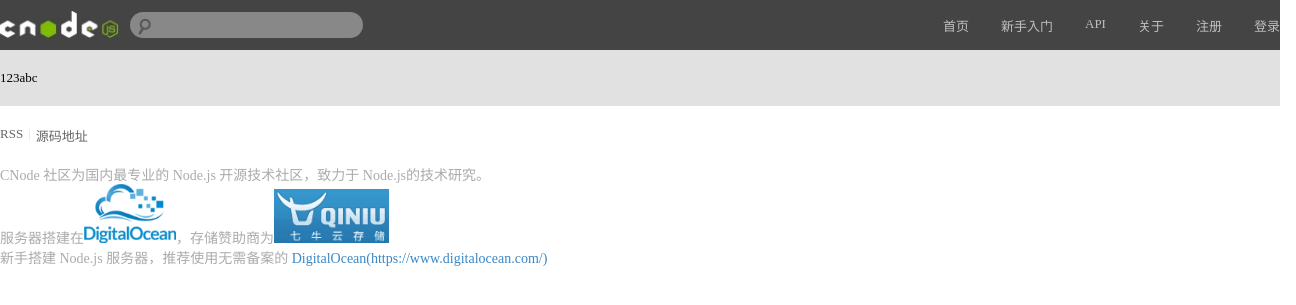
Repository: he-mengyao/pc-cnode-js
Page: /
These files come from the project's save history. The page is drawn as it stood at one moment and after a run of saves; the edit follows.
The browser window is 1280 px wide. The page is 1296 px wide, so the pictures cover 1296 px, including what lies to the right of the window. The pictures show the whole page.
The project was rebuilt for these pictures with package versions that can differ from the ones it lists, and the page was loaded fresh each time.

Above is the page before, as saved 2021-06-20 10:42:38.

After the next 2 saves:
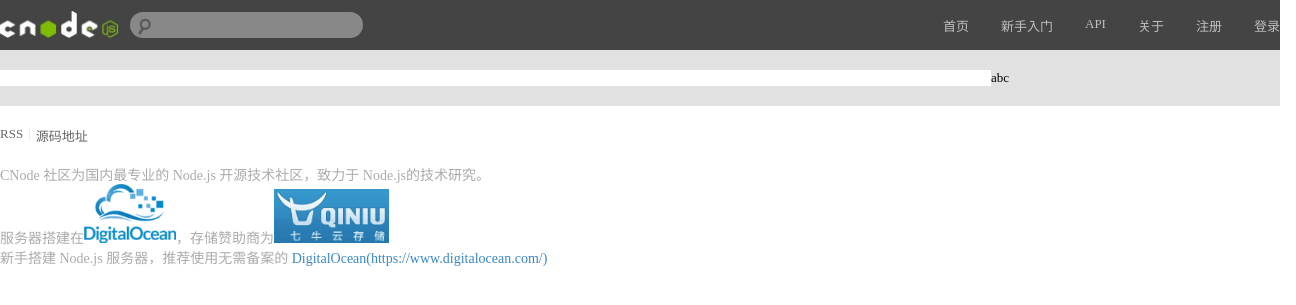
The 2 saves are shown as one change because they came seconds apart.
The last was saved 45 s later.
--- a/src/components/Fl/fl.vue
+++ b/src/components/Fl/fl.vue
@@ -1,5 +1,5 @@
 <template>
-  <div>123</div>
+  <div class="fl"></div>
 </template>
 
 <script>
@@ -18,4 +18,8 @@
 </script>
 
 <style lang='scss' scoped>
+.fl {
+  width: 991px;
+  background-color: #fff;
+}
 </style>
